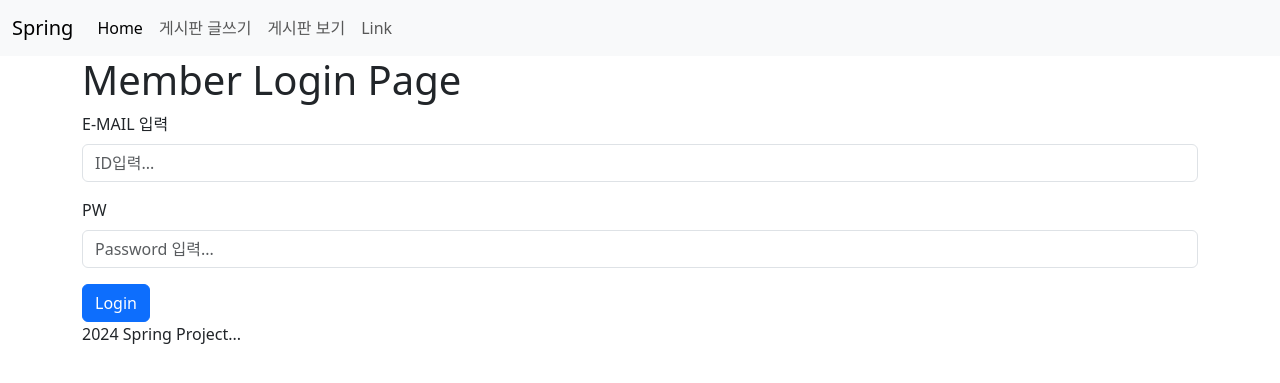
Repository: oco0217/SpringTest2
Page: http://localhost/spring_test2/WEB-INF/views/user/login.jsp
An editor plug-in stored every save of this project. The page is shown before and after a run of saves, followed by the edit.
The browser window is 1280 px wide. The pictures show the whole page.
The page is served by Tomcat 9. Nobody is signed in. Other server files are loaded and not shown. The template is opened directly, without the code that normally fills it, so the values that code supplies are empty.

Above is the page before, as saved 2024-05-07 08:39:40.

### spring_test2/src/main/webapp/WEB-INF/views/user/login.jsp
<%@ page language="java" contentType="text/html; charset=UTF-8"
	pageEncoding="UTF-8"%>

<jsp:include page="../layout/header.jsp" />

<div class="container-md">
	<h1>Member Login Page</h1>

	<form action="/user/login" method="post">

		<div class="mb-3">
			<label for="i" class="form-label">E-MAIL 입력</label> <input type="text"
				class="form-control" id="i" placeholder="ID입력..." name="email">
		</div>
		<div class="mb-3">
			<label for="p" class="form-label">PW</label> <input type="password"
				class="form-control" id="p" placeholder="Password 입력..." name="pwd">
		</div>
		<button type="submit" class="btn btn-primary">Login</button>
	</form>
</div>

<jsp:include page="../layout/footer.jsp" />

### spring_test2/src/main/webapp/WEB-INF/views/layout/header.jsp
<%@ page language="java" contentType="text/html; charset=UTF-8"
    pageEncoding="UTF-8"%>
    <%@ taglib uri="http://java.sun.com/jsp/jstl/core" prefix="c" %>
<!DOCTYPE html>
<html>
<head>
<meta charset="UTF-8">
<title>header.jsp</title>
<link href="/re/css/bootstrap.min.css" rel="stylesheet" integrity="sha384-QWTKZyjpPEjISv5WaRU9OFeRpok6YctnYmDr5pNlyT2bRjXh0JMhjY6hW+ALEwIH" crossorigin="anonymous">
<script src="/re/js/bootstrap.bundle.min.js" integrity="sha384-YvpcrYf0tY3lHB60NNkmXc5s9fDVZLESaAA55NDzOxhy9GkcIdslK1eN7N6jIeHz" crossorigin="anonymous"></script>
</head>
<body>
<nav class="navbar navbar-expand-lg bg-body-tertiary">
  <div class="container-fluid">
    <a class="navbar-brand" href="#">Spring</a>
    <button class="navbar-toggler" type="button" data-bs-toggle="collapse" data-bs-target="#navbarSupportedContent" aria-controls="navbarSupportedContent" aria-expanded="false" aria-label="Toggle navigation">
      <span class="navbar-toggler-icon"></span>
    </button>
    <div class="collapse navbar-collapse" id="navbarSupportedContent">
      <ul class="navbar-nav me-auto mb-2 mb-lg-0">
        <li class="nav-item">
          <a class="nav-link active" aria-current="page" href="/">Home</a>
        </li>
        <li class="nav-item">
          <a class="nav-link" href="/board/register">게시판 글쓰기</a>
        </li>
        <li class="nav-item">
          <a class="nav-link" href="/board/list">게시판 보기</a>
        </li>
<%--         <c:if test="${ses eq null }">
        <li class="nav-item">
          <a class="nav-link" href="/member/register">회원가입</a>
        </li>
        <li class="nav-item">
          <a class="nav-link" href="/member/login">로그인</a>
        </li>
        </c:if>
        <c:if test="${ses ne null }">
        <li class="nav-item">
          <a class="nav-link" href="/member/logout">로그아웃</a>
        </li>
        <li class="nav-item">
          <a class="nav-link" href="/member/modify">${ses.id }(${ses.email }) Welcome!!</a>
        </li>
        </c:if> --%>
        <li class="nav-item">
          <a class="nav-link" href="http://www.google.com" target="_blank" >Link</a>
        </li>
      </ul>
    </div>
  </div>
</nav>

### spring_test2/src/main/webapp/WEB-INF/views/layout/footer.jsp
<%@ page language="java" contentType="text/html; charset=UTF-8"
    pageEncoding="UTF-8"%>

<div class="container-md">
2024 Spring Project...
</div>

</body>
</html>

Loaded but not shown: spring_test2/src/main/webapp/resources/css/bootstrap.min.css (library); spring_test2/src/main/webapp/resources/js/bootstrap.bundle.min.js (library)

After the next 2 saves:
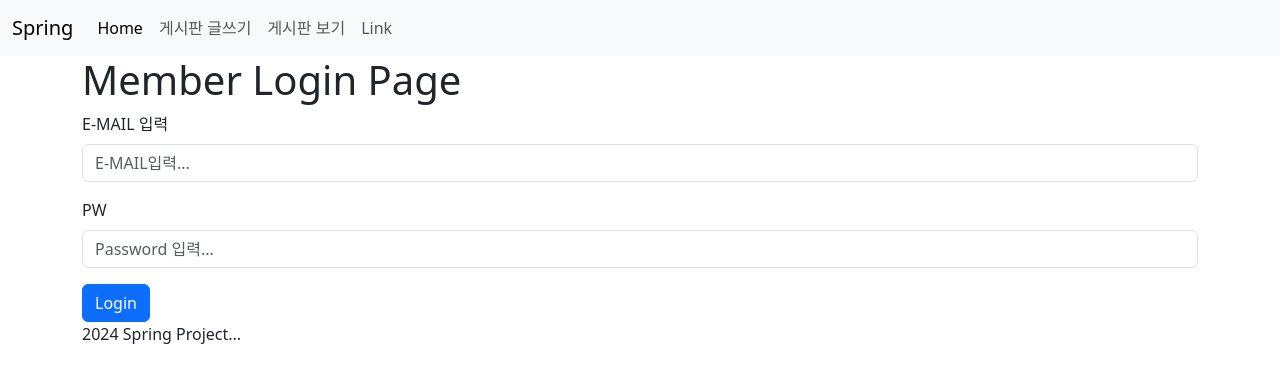
The 2 saves are shown as one change because they came seconds apart.
The last was saved 14 s later.
--- a/spring_test2/src/main/webapp/WEB-INF/views/user/login.jsp
+++ b/spring_test2/src/main/webapp/WEB-INF/views/user/login.jsp
@@ -10,7 +10,7 @@
 
 		<div class="mb-3">
 			<label for="i" class="form-label">E-MAIL 입력</label> <input type="text"
-				class="form-control" id="i" placeholder="ID입력..." name="email">
+				class="form-control" id="i" placeholder="E-MAIL입력..." name="email">
 		</div>
 		<div class="mb-3">
 			<label for="p" class="form-label">PW</label> <input type="password"
